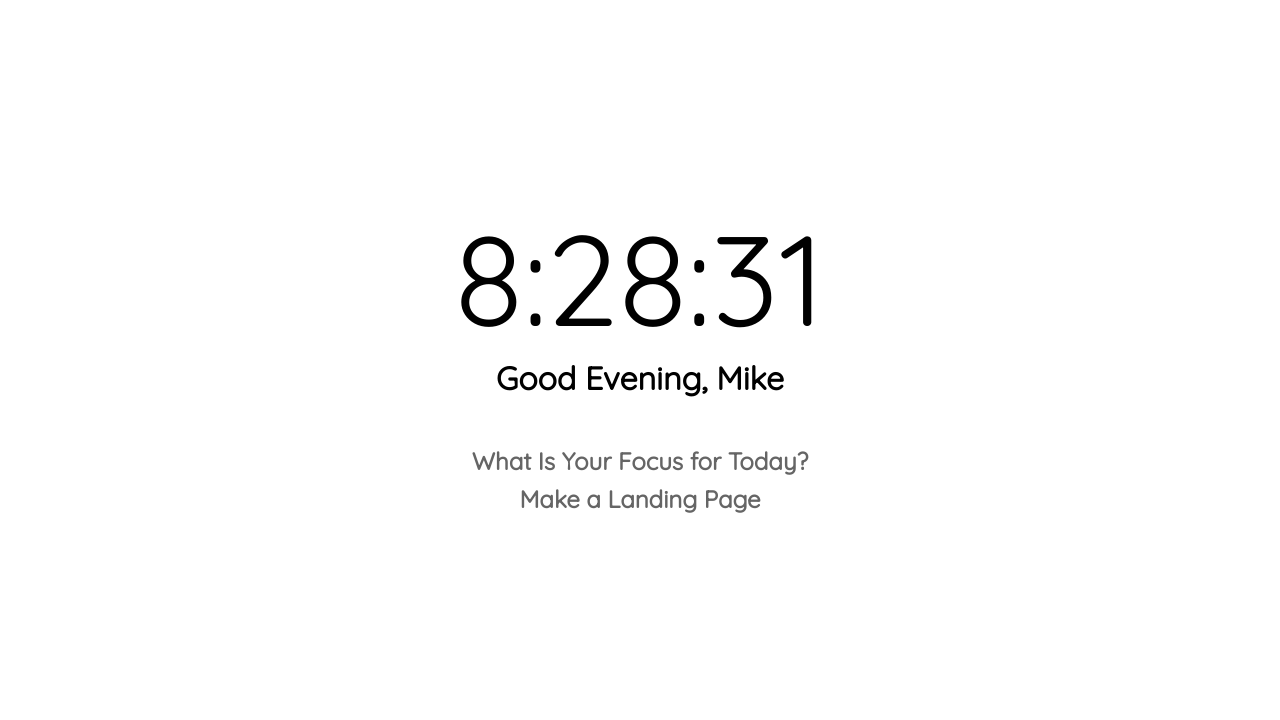
Repository: MikeTroianello/Landing-Page
Page: index.html
The author's editor kept a copy of each file at every save. The page is drawn from the files as they stood at one save, then again after the next save.
The browser window is 1280 px wide. The pictures show the whole page.

Above is the page before, as saved 2019-06-19 23:23:21.

### index.html
<!DOCTYPE html>
<html lang="en">
  <head>
    <meta charset="UTF-8" />
    <meta name="viewport" content="width=device-width, initial-scale=1.0" />
    <meta http-equiv="X-UA-Compatible" content="ie=edge" />
    <link
      href="https://fonts.googleapis.com/css?family=Quicksand&display=swap"
      rel="stylesheet"
    />
    <link rel="stylesheet" href="./style.css" />
    <title>Greetings!</title>
  </head>
  <body>
    <time id="time">12:12:12 PM</time>
    <h1>
      <span id="greeting">Good Afternoon</span>
      <span id="name" contenteditable="true">Mike</span>
    </h1>
    <!-- <h2 id="focus">What Is Your Focus for Today?</h2> -->
    <h2>What Is Your Focus for Today?</h2>
    <h2 contenteditable="true">Make a Landing Page</h2>
    <script src="main.js"></script>
  </body>
</html>

### style.css
* {
  box-sizing: border-box;
  margin: 0;
  padding: 0;
}

body {
  font-family: 'Quicksand', sans-serif;
  display: flex;
  flex-direction: column;
  align-items: center;
  justify-content: center;
  text-align: center;
  height: 100vh;
  color: 'black';
}

#time {
  font-size: 8rem;
}

h1 {
  margin-bottom: 3rem;
}

h2 {
  margin-bottom: 0.5rem;
  opacity: 0.6;
}

@media (max-width: 700px) {
  #time {
    font-size: 6rem;
  }
}

### main.js
// DOM Elements
const time = document.getElementById('time'),
  greeting = document.getElementById('greeting'),
  name = document.getElementById('name'),
  focus = document.getElementById('focus');

//SHOW TIME

function showTime() {
  let today = new Date(),
    hour = today.getHours(),
    min = today.getMinutes(),
    sec = today.getSeconds();

  //SET AM OR PM
  const amPm = hour >= 12 ? 'PM' : 'AM';

  //12 Hour Format
  hour = hour % 12 || 12;

  //Output Time
  time.innerHTML = `${hour}<span>:</span>${addZero(min)}<span>:</span>${addZero(
    sec
  )}`;

  setTimeout(showTime, 1000);
}

showTime();

function addZero(x) {
  return (x < 10 ? '0' : '') + x;
}

//Background

function timeGreeting() {
  let today = new Date(),
    hour = today.getHours();

  if (hour > 17) {
    greeting.innerText = 'Good Evening,';
  } else if (hour < 12) {
    greeting.innerText = 'Good Morning,';
  } else {
    greeting.innerText = 'Good Afternoon,';
  }
}

timeGreeting();

After the next save:
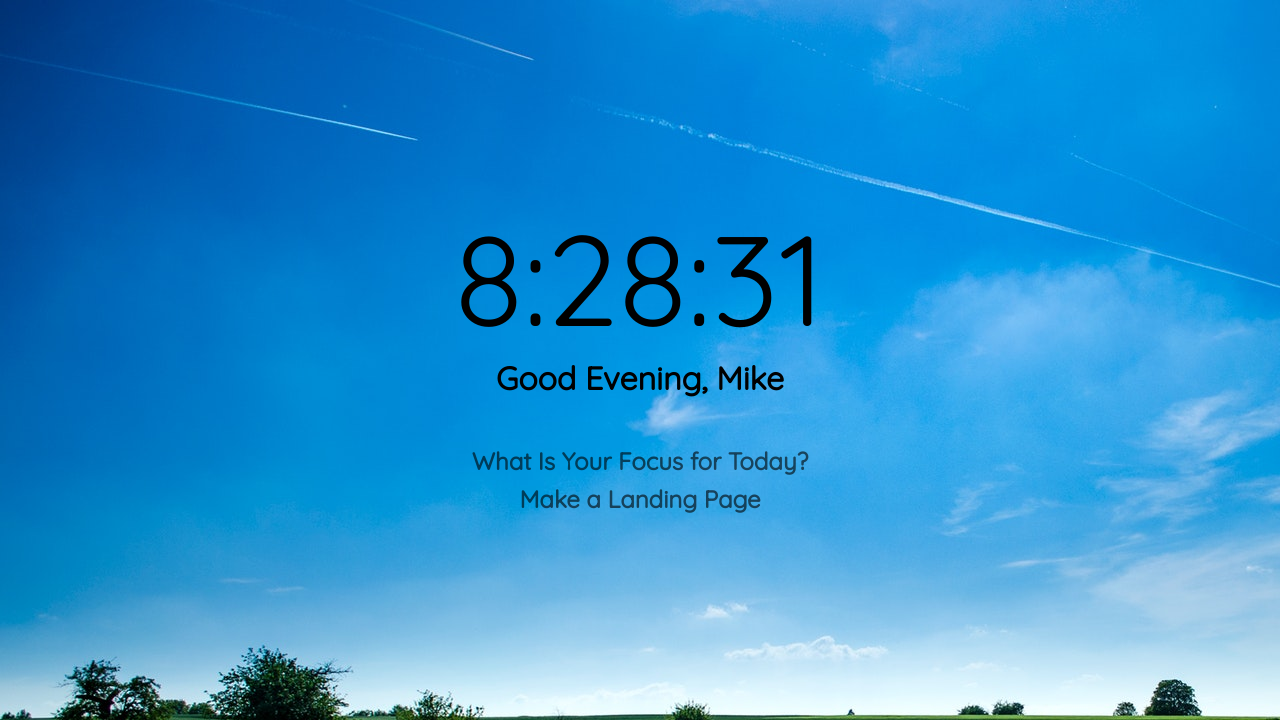
Saved 87 s later.
--- a/style.css
+++ b/style.css
@@ -13,6 +13,7 @@ body {
   text-align: center;
   height: 100vh;
   color: 'black';
+  background-image: url('./img/afternoon.jpg');
 }
 
 #time {
